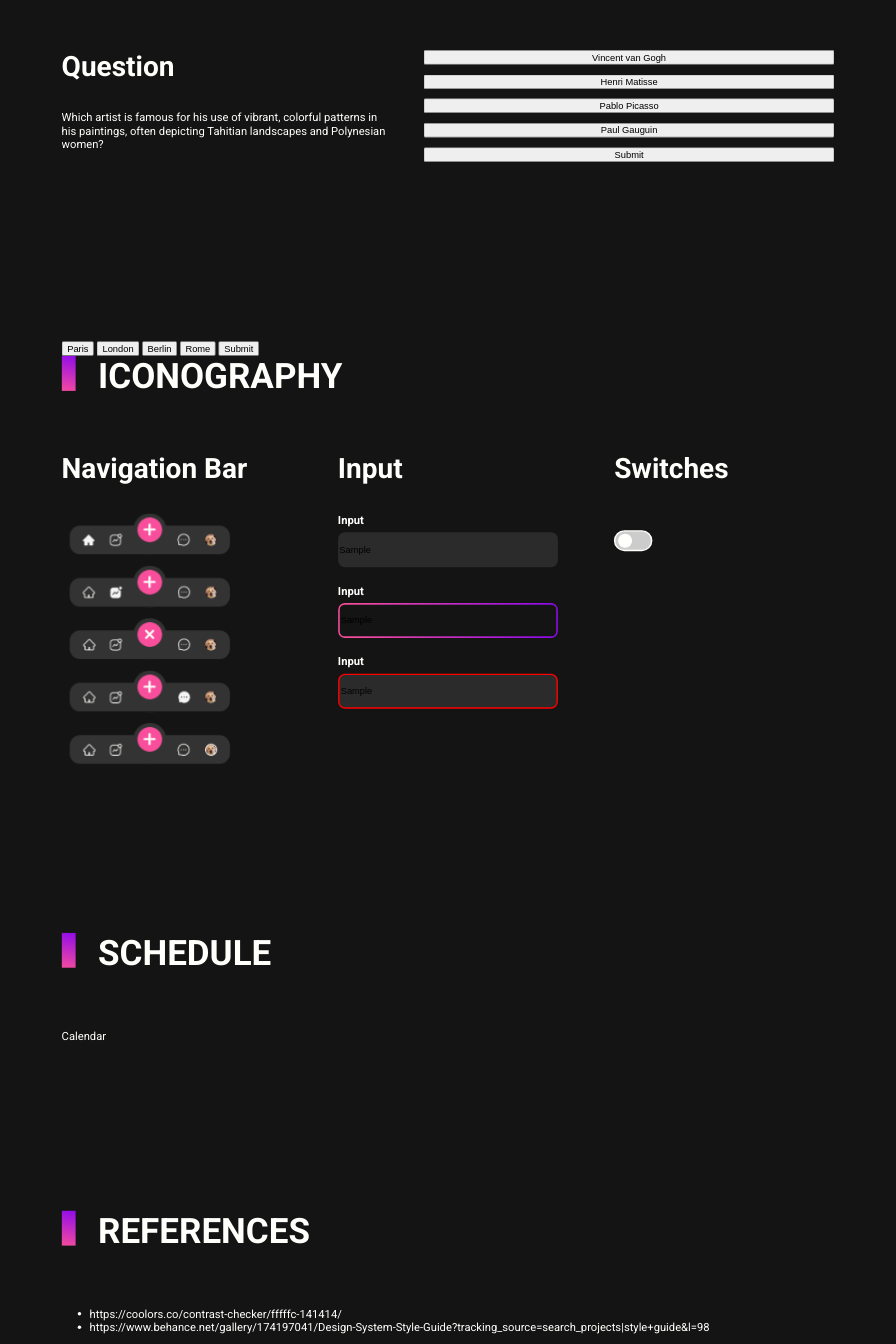
Repository: MonicaNguyenH/artflow_frontend_vanJS
Page: index.html
These files come from the project's save history. The page is drawn as it stood at one moment and after the next save; the edit follows.
The browser window is 1280 px wide. The pictures show the part of the page from y = 2569 to 4489 px (the page is 4722 px tall before and 4741 px after), at 70% of full size.
Empty fields were first filled with sample values (such as "Sample", 5 or name@example.com).
After loading, the first visible `#checkAnswer` was clicked once.
Some web fonts or font styles are not loaded; a fallback is used.

Above is the page before, as saved 2024-05-10 00:51:37.
Console error: TypeError: checkAnswer is not a function

After the next save:
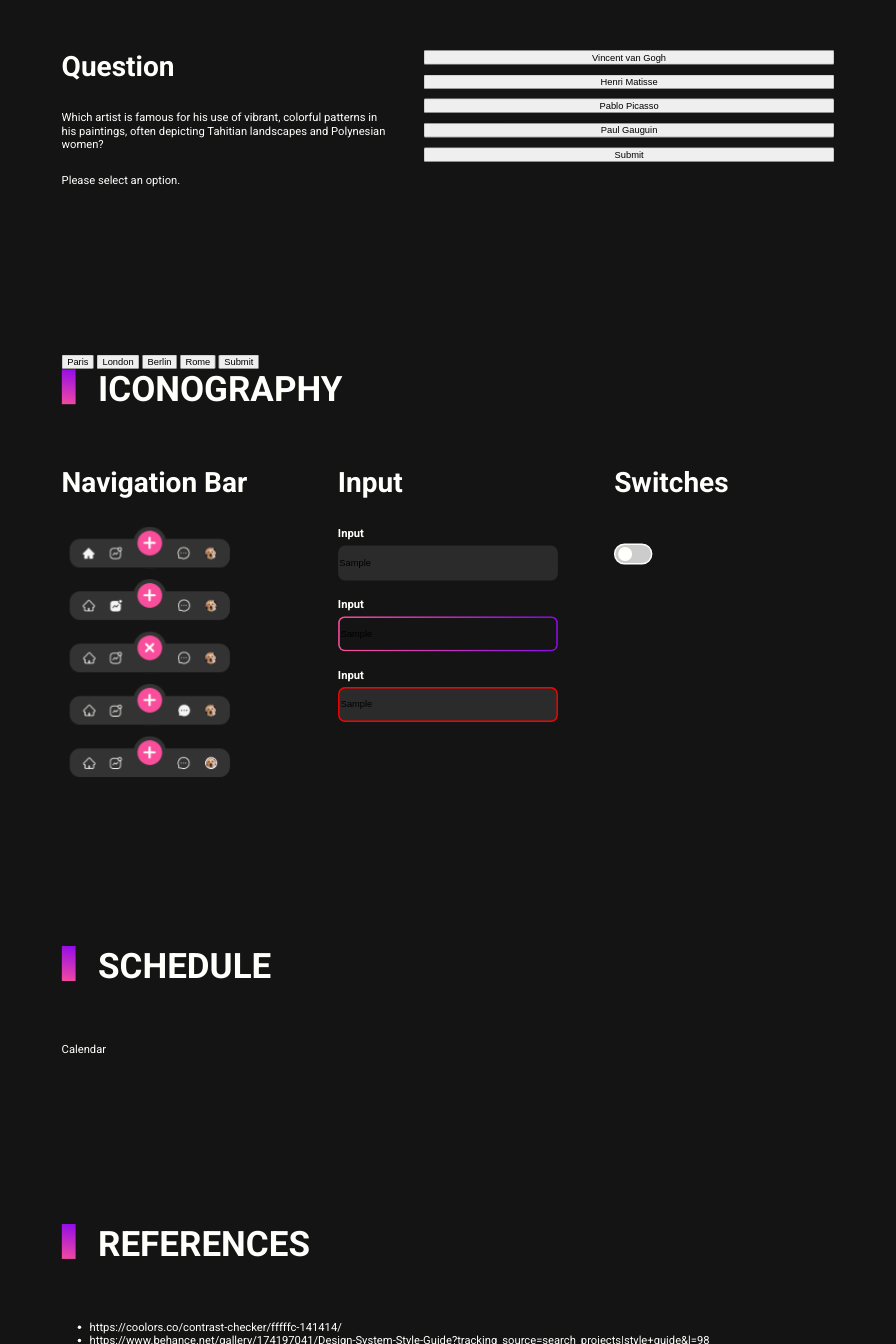
The error is gone.
Saved 9 s later.
--- a/script.js
+++ b/script.js
@@ -69,3 +69,44 @@ function showAlert(message) {
   }, 3000);
 }
 */
+
+
+let selectedOption = null;
+
+function selectOption(option) {
+    // Deselect previously selected option if any
+    if (selectedOption) {
+        document.getElementById(selectedOption).classList.remove('selected');
+    }
+
+    // Select the new option
+    selectedOption = option;
+    document.getElementById(option).classList.add('selected');
+}
+
+function checkAnswer() {
+    if (!selectedOption) {
+        showAlert("Please select an option.");
+        return;
+    }
+
+    if (selectedOption === "paris") {
+        showAlert("Correct! Paris is the capital of France.");
+    } else {
+        showAlert("Wrong! The correct answer is Paris.");
+    }
+}
+
+function showAlert(message) {
+    var alertContainer = document.getElementById("alert-container");
+
+    var alertBox = document.createElement("div");
+    alertBox.classList.add("alert");
+    alertBox.textContent = message;
+    alertContainer.appendChild(alertBox);
+
+    // Remove the alert after 3 seconds
+    setTimeout(function() {
+        alertBox.parentNode.removeChild(alertBox);
+    }, 3000);
+}
